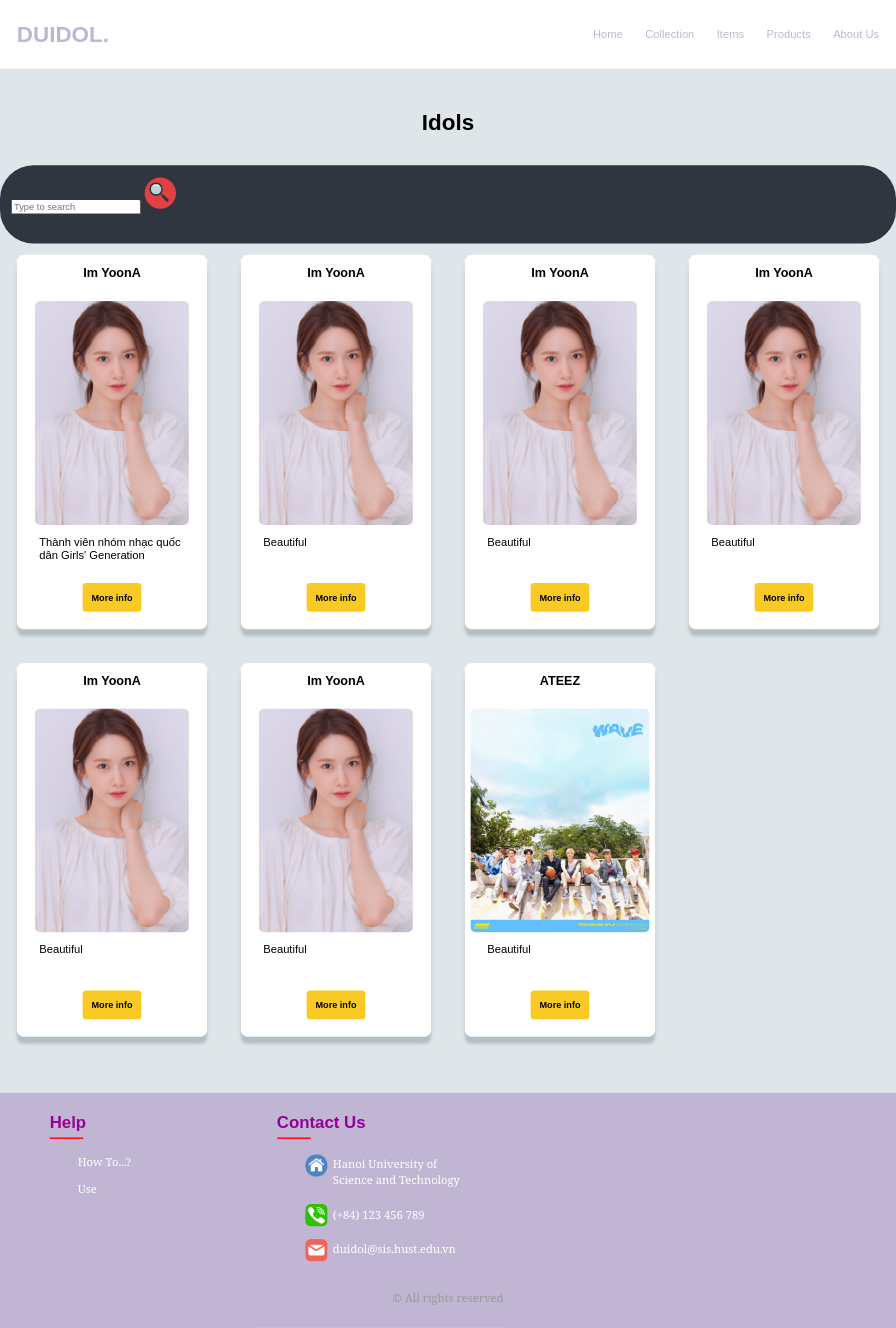
Repository: hangvtt183524/Cong_nghe_Web_va_dich_vu_truc_tuyen_20202
Page: ProjectWeb/src/View/html/idol_list.html
These files come from the project's save history. The page is drawn as it stood at one moment and after the next save; the edit follows.
The browser window is 1280 px wide. The pictures show the whole page, at 70% of full size.

Above is the page before, as saved 2021-05-06 16:26:48.

### ProjectWeb/src/View/html/idol_list.html
<html>
	<head>
		<title>Idol List</title>
		<link rel="stylesheet" href="../css/idol_list.css">
		<link rel="stylesheet" href="../css/welcome_page.css">
	</head>
	<body>
		<header>
			<a href="" class="logo">DUIDOL.</a>
            <ul class="navigation">
                <li><a href="">Home</a></li>
                <li><a href="">Collection</a></li>
                <li><a href="">Items</a></li>
                <li><a href="">Products</a></li>
                <li><a href="">About Us</a></li>
            </ul>
		</header>
		<section class="idol-list">
			<div>
				<h1 class="align-center">Idols</h1>
			</div>
			<div class="container1">
				<div class="search-box">
				<input class="search-txt" type="text" name="" placeholder="Type to search">
				<img src="../image/search-icon.png">
				<a class="search-btn" href="#"></a>
			</div>
			</div>
			<div class="idol-container">
				<div class="card">
					<div class="name">Im YoonA</div>
					<div class="image">
						<img src="../image/yoona.jpg">
					</div>
					<div class="textblock">
					<div class="text">Thành viên nhóm nhạc quốc dân Girls' Generation</div>
					</div>
					<div>
						<div class="btnblock">
						<a href="../html/info.html" class="info-button">More info</a>
						</div>
					</div>
				</div>



				<div class="card">
					<div class="name">Im YoonA</div>
					<div class="image">
						<img src="../image/yoona.jpg">
					</div>
					<div class="textblock">
					<div class="text">Beautiful</div>
					</div>

					<div>
						<div class="btnblock">
						<a href="../html/info.html" class="info-button">More info</a>
						</div>
					</div>
				</div>



				<div class="card">
					<div class="name">Im YoonA</div>
					<div class="image">
						<img src="../image/yoona.jpg">
					</div>
					<div class="textblock">
					<div class="text">Beautiful</div>
					</div>
					<div>
						<div class="btnblock">
						<a href="../html/info.html" class="info-button">More info</a>
						</div>
					</div>
				</div>

				<div class="card">
					<div class="name">Im YoonA</div>
					<div class="image">
						<img src="../image/yoona.jpg">
					</div>
					<div class="textblock">
					<div class="text">Beautiful</div>
					</div>
					<div>
						<div class="btnblock">
						<a href="../html/info.html" class="info-button">More info</a>
						</div>
					</div>
				</div>

				<div class="card">
					<div class="name">Im YoonA</div>
					<div class="image">
						<img src="../image/yoona.jpg">
					</div>
					<div class="textblock">
					<div class="text">Beautiful</div>
					</div>
					<div>
						<div class="btnblock">
						<a href="../html/info.html" class="info-button">More info</a>
						</div>
					</div>
				</div>

				<div class="card">
					<div class="name">Im YoonA</div>
					<div class="image">
						<img src="../image/yoona.jpg">
					</div>
					<div class="textblock">
					<div class="text">Beautiful</div>
					</div>
					<div>
						<div class="btnblock">
						<a href="../html/info.html" class="info-button">More info</a>
						</div>
					</div>
				</div>

				<div class="card">
					<div class="name">ATEEZ</div>
					<div class="image">
						<img src="../image/ateez-list.jpg">
					</div>
					<div class="textblock">
					<div class="text">Beautiful</div>
					</div>
					<div>
						<div class="btnblock">
						<a href="../html/info.html" class="info-button">More info</a>
						</div>
					</div>
				</div>

			</div>
		</section>
		<footer>
			<div class="container">
				<div class="row">
					<div class="footer-col">
						<h4>Help</h4>
						<ul>
							<li><a href="">How to...?</a>
							<li><a href="">Use</a>
						</ul>
					</div>
					<div class="footer-col">
						<h4>Contact us</h4>
						<ul>
							<li><img src="../image/address_icon.jpg">
							<p>Hanoi University of <br>Science and Technology</p>
							<li><img src="../image/phone_icon.png">
							<p>(+84) 123 456 789</p>
							<li><img src="../image/mail_icon.png">
							<p>duidol@sis.hust.edu.vn</p>
						</ul>
					</div>
				</div>
				<div class="copyrightText"><p>© All rights reserved</p></div>
			</div>
		</footer>
	</body>
</html>

### ProjectWeb/src/View/css/idol_list.css
body {
    font-family: sans-serif;
    margin: 0;
}

.idol-list {
	background-color:#dfe6e9;
	padding-bottom: 5em;
    align-items: center;
    padding-top: 2em;
}

h1 {
	font-size: 2em;
	font-weight: bold;
}
.container1 {
	padding: 1em 0;
}
.container1 .search-box {
	top: 50%;
	left: 50%;

	background: #2f3640;
	height: 5em;
	border-radius: 3em;
	padding: 1em;
}
.container1 img {
	width: 3em;
	border-radius: 1em;
}
.idol-list .card {
	background-color: white;
	width: 16em;

	margin: auto;
	border-radius: 10px;
	padding: 1em;
	box-shadow: 0px 10px 5px #b2bec3;
	text-align: center;
	font-family: sans-serif;
	max-width: 75%;
	padding-bottom: 30px;
}
.idol-list .card:hover {
	box-shadow: 15px 15px 15px #b2bec3;
	background: #FFEAFF;
}
.card .name {
	font-size: 18px;
	font-weight: bold;
	padding-bottom: 0.7em;
}

.card .image {
	margin-top: 1em;
	width: 100%;
    height: 20em;
    position: relative;
}
.card .image img {
	max-height: 100%;
	border-radius: 0.5em;
	object-fit: cover;
	position: absolute;
	top: 50%;
    transform: translate(-50%, -50%);
}

.card .textblock {
	height: 4em;
	margin-left: 1em;
	margin-right: 1em;
	margin-top: 1em;
	margin-bottom: 0.5em;
}

.card .textblock .text {
	text-align: left;
	font-size: 1rem;
}

.card .btnblock {
	margin-top: 1em;
	margin-bottom: 0.5em;
}

.info-button {
	background-color: #f9ca24;
	color: black;
	border: none;
	padding: 1em;
	border-radius: 5px;
	font-weight: bold;
	font-size: 13px;
	text-decoration: none;
}

.info-button:hover {
	box-shadow: 0px 5px 5px #b2bec3;
	color: #eb4db4;
}

.idol-container {
	display: grid;
	grid-template-columns: repeat(4, 1fr);
	grid-row-gap: 3em;
}

.align-center {
	text-align: center;
}

footer {
	background-color: #c0b5d3;
	padding: 1em 0;
}

footer .container {
	max-width: 1170px;
	margin: auto;
}

.footer-col {
	width: 25%;
	padding: 0 1em;
}
.footer-col h4 {
	font-size: 1.5em;
	color: #950096;
	text-transform: capitalize;
	position: relative;
	margin-top: 0.5em;
}

.footer-col h4::before {
	content: '';
	position: absolute;
	left: 0;
	bottom: -10px;
	height: 2px;
	background-color: red;
	box-sizing: border-box;
	width: 2em;
}

.footer-col li {
	display: flex;
	margin-bottom: 0.5em;
}
.footer-col ul li a {
	color: white;
	text-transform: capitalize;
	text-decoration: none;
	font-family: Cambria;
	font-size: 1em;
	margin-bottom: 0.5em;
	display: block;
}


.footer-col ul li a:hover {
	color: #700470;
	padding-left: 1em;

}

.footer-col p {
	margin-top: 0.2em;
	font-size: 1em;
	font-family: Cambria;
	color: white;
}
.footer-col img {
	border-radius: 0.5em;
	max-height: 2em;
	margin-right: 0.5em;
}

ul {
	list-style: none;
}

footer .container .h3 {
	color: white;
}

.container .row {
	display: flex;
	flex-wrap: wrap;
}

.copyrightText {
	width: 100%;
	color: #999;
	text-align: center;
	font-family: Cambria;
}

@media only screen and (max-width: 991px){
	.idol-container {
		grid-template-columns: 1fr;
	}
	.card {
        width: 25em;
    }
    .album .image {
        height: 25em;
    }
}

### ProjectWeb/src/View/css/welcome_page.css

body {
    margin: 0;
    font-family: sans-serif;
}
.bg {
    display: grid;
    grid-template-columns: 2fr 1fr;
    background-color: #c0b5d3;
}
.bg2 img {
    width: 100%;
}
.bg1 {
    display: flex;
    justify-content: center;
    align-items: center;
}
.bg1-1 h2 {
    font-size: 5rem;
    line-height: 0.1em;
    font-family: sans-serif;
    color: white;
    position: relative;
    z-index: 1;
}
.bg1-1 h2::before {
    content: ' ';
    position: absolute;
    width: 2.5em;
    height: 0.25em;
    background: #ab91d8;
    bottom: -35;
    z-index: -1;
    margin-left: -0.9em;
}
.bg1-1 p {
    font-size: 3rem;
    color: white;
    position: relative;
    z-index: 1;
}
.bg1-1 p::before {
    content: ' ';
    position: absolute;
    width: 2.5em;
    height: 0.3em;
    background: #ab91d8;
    bottom: 0;
    z-index: -1;
    margin-left: 10em;
}
.bg1-1 p span {
    font-size: 1.5rem;
    display: block;
    font-weight: 500;
}
header {
    background-color: white;
    padding: 1.5em;
    display: flex;
    justify-content: space-between;
    align-items: center;
}
.logo {
    font-weight: bold;
    text-decoration: none;
    font-size: 2em;
    color: #c0b5d3;
}
.navigation {
    display: flex;
    position: relative;
}
.navigation li {
    list-style: none;
    margin-left: 2em;
}
.navigation li a {
    text-decoration: none;
    font-size: 1em;
    color: #c0b5d3;
}

After the next save:
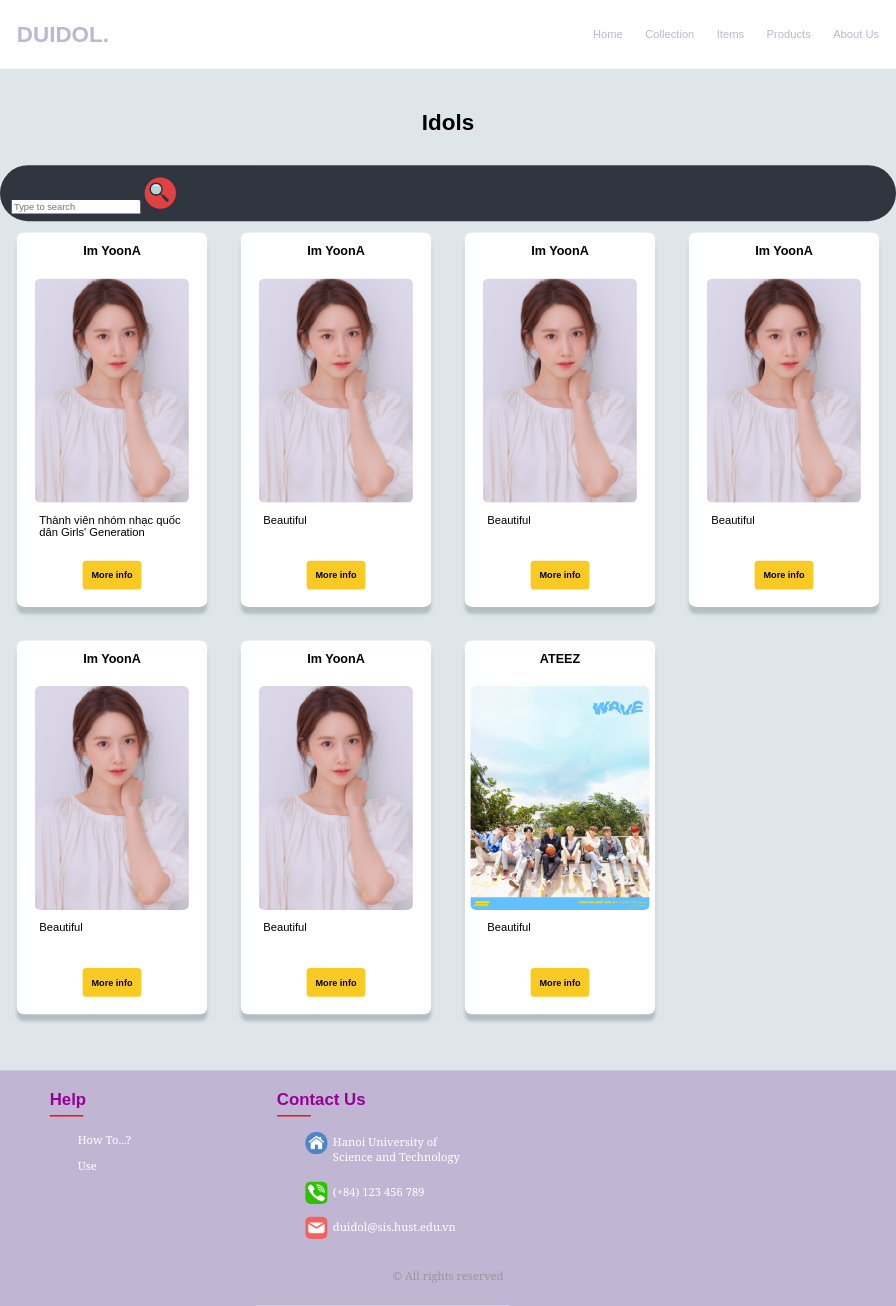
Saved 22 s later.
--- a/ProjectWeb/src/View/css/idol_list.css
+++ b/ProjectWeb/src/View/css/idol_list.css
@@ -18,11 +18,8 @@
 	padding: 1em 0;
 }
 .container1 .search-box {
-	top: 50%;
-	left: 50%;
-
 	background: #2f3640;
-	height: 5em;
+	height: 3em;
 	border-radius: 3em;
 	padding: 1em;
 }

After the save that followed:
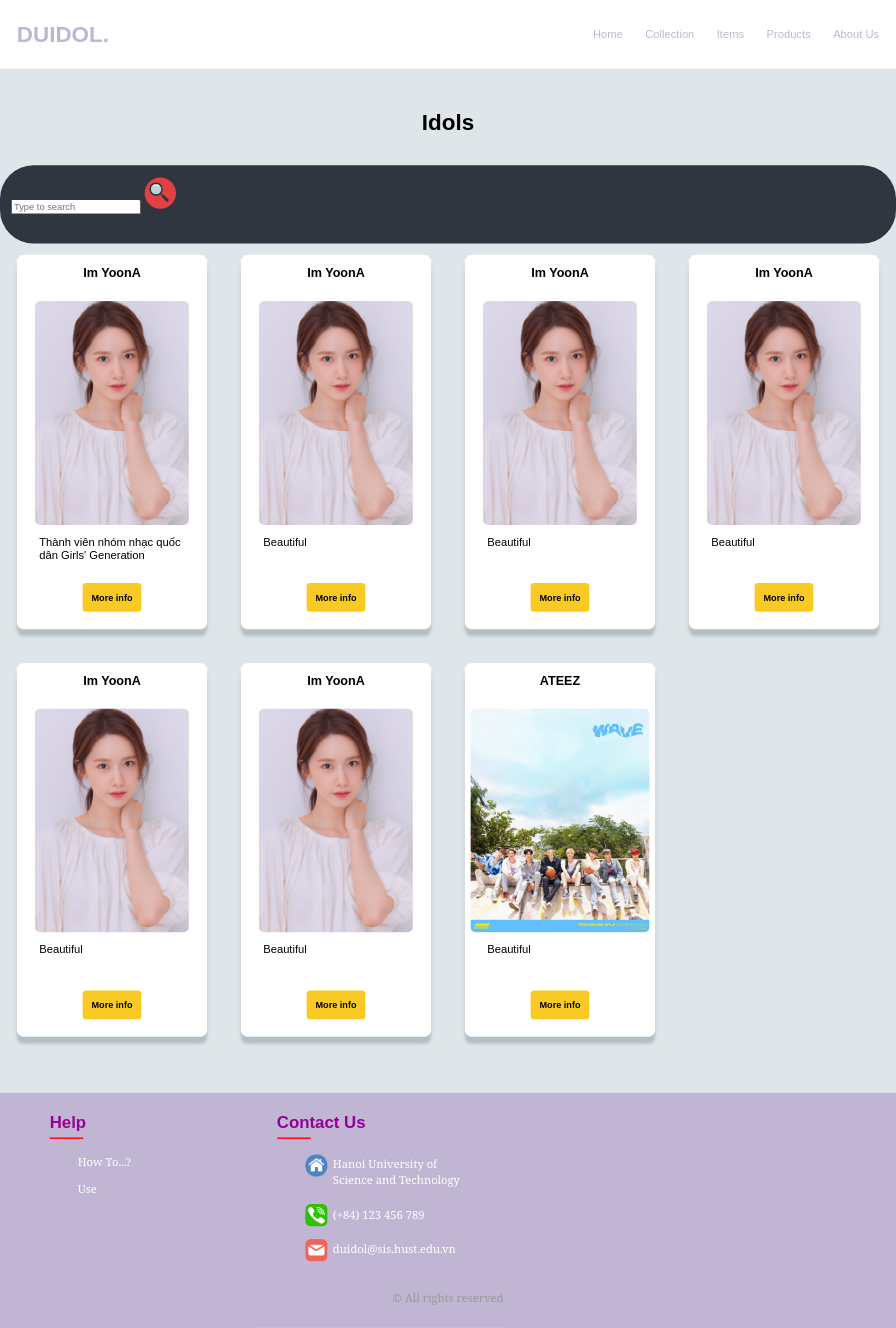
Saved 6 s later.
--- a/ProjectWeb/src/View/css/idol_list.css
+++ b/ProjectWeb/src/View/css/idol_list.css
@@ -19,7 +19,7 @@
 }
 .container1 .search-box {
 	background: #2f3640;
-	height: 3em;
+	height: 5em;
 	border-radius: 3em;
 	padding: 1em;
 }
